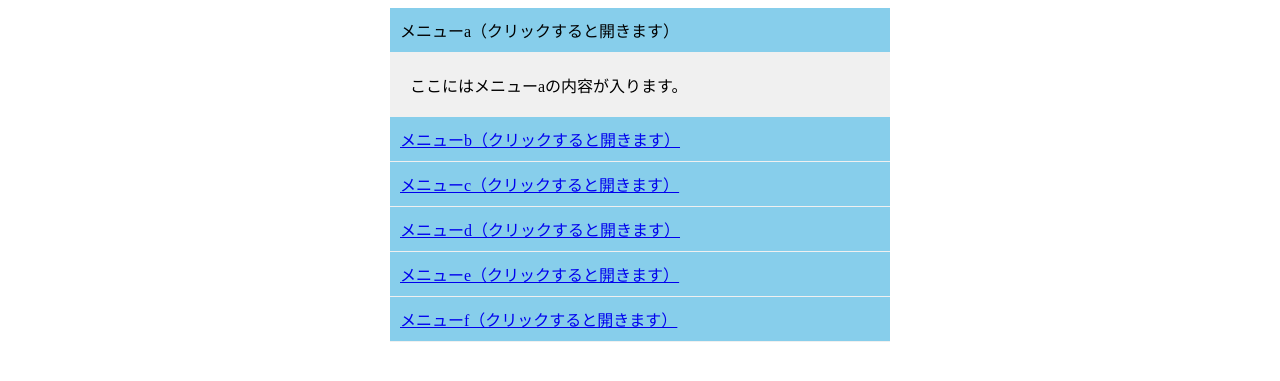
Repository: ryu-nuno/tech_academy_subwork
Page: web-accordion/index.html
The author's editor kept a record of every edit. The page is drawn from the files as they stood at one moment, then again after the next edit.
The browser window is 1280 px wide. The pictures show the whole page.

Above is the page before.

After the next edit:
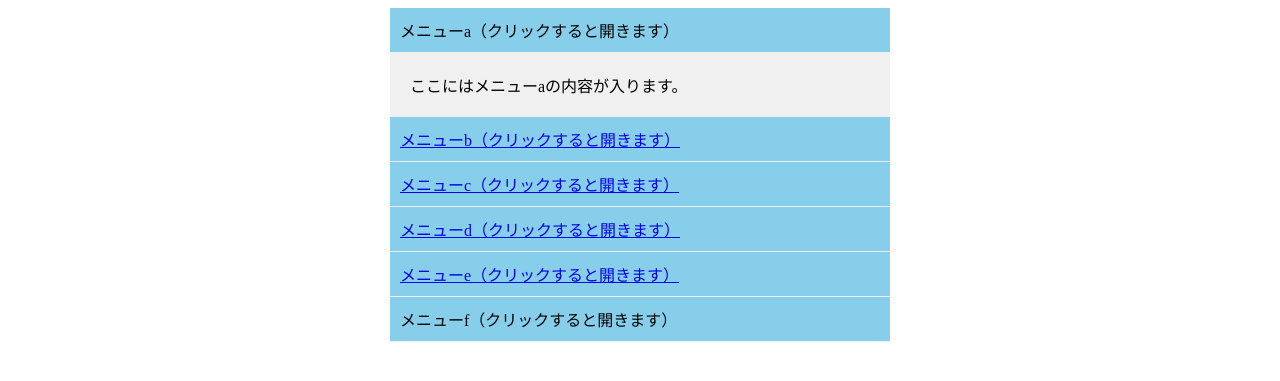
The edit:
--- a/web-accordion/index.html
+++ b/web-accordion/index.html
@@ -35,7 +35,7 @@
     </div>
 
     <div id="accordion-f">
-      <div class="ac-title"><a href="#">メニューf（クリックすると開きます）</a></div>
+      <div class="ac-title">メニューf（クリックすると開きます）</div>
       <div class="ac-content">ここにはメニューfの内容が入ります。</div>
     </div>
 
